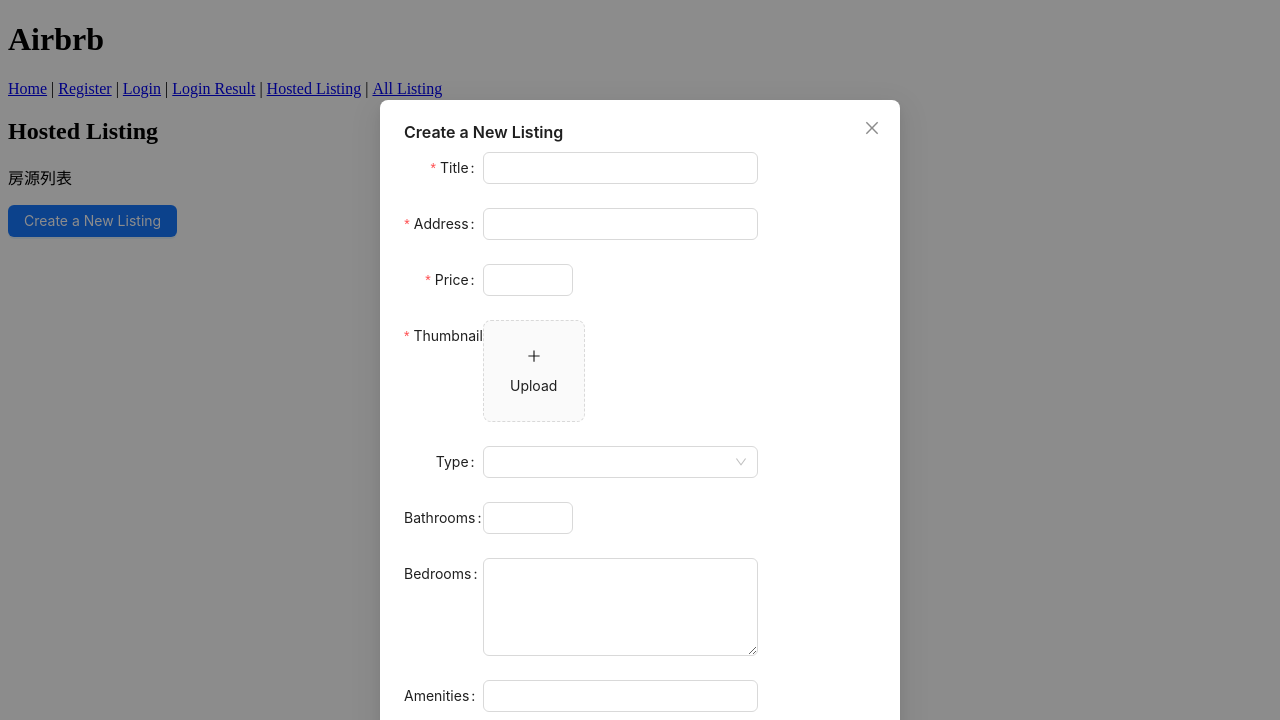
Repository: shaynewx/Airbrb
Page: /hosted-listing (app in frontend/), after clicking the first element matching `button.ant-btn`
An editor plug-in stored every save of this project. The page is shown before and after a run of saves, followed by the edit.
The browser window is 1280 px wide. The pictures show the whole page.
An inner scrolling area shows only its first screen. The project was rebuilt for these pictures with package versions that can differ from the ones it lists, and the page was loaded fresh each time. Also part of the build but not shown: frontend/src/components/Home.jsx, frontend/src/components/form/apiService.jsx, frontend/src/components/form/RegisterForm.jsx, frontend/src/components/Register.jsx, frontend/src/components/form/LoginForm.jsx, frontend/src/components/Login.jsx, frontend/src/components/LoginResult.jsx, frontend/src/components/AllListing.jsx and 1 more.

Above is the page before, as saved 2023-11-08 18:44:23.

### frontend/src/App.jsx
import React from 'react';
import { BrowserRouter as Router } from 'react-router-dom';
import PageList from './PageList';

function App () {
  return (
    <Router>
      <PageList />
    </Router>
  );
}

export default App;

### frontend/src/PageList.jsx
import React from 'react';
import { Routes, Route, Link } from 'react-router-dom';
import Home from './components/Home';
import Register from './components/Register';
import Login from './components/Login';
import Dashboard from './components/LoginResult';
import HostedListing from './components/HostedListing';
import AllListing from './components/AllListing';
// import logo from './components/logo/logo.png';
import './components/logo/logo.css';

function PageList () {
  const [token, setToken] = React.useState(null);

  return (
    <div>
      {/* <img src={logo} alt='Logo' className='logo'/> */}
      <h1>Airbrb</h1>
      <nav>
        <Link to="/">Home</Link>
        &nbsp;|&nbsp;
        <Link to="/register">Register</Link>
        &nbsp;|&nbsp;
        <Link to="/login">Login</Link>
        &nbsp;|&nbsp;
        <Link to="/loginresult">Login Result</Link>
        &nbsp;|&nbsp;
        <Link to="/hosted-listing">Hosted Listing</Link>
        &nbsp;|&nbsp;
        <Link to="/all-listing">All Listing</Link>
      </nav>
      <Routes>
        <Route path="/" element={<Home />} />
        <Route path="/register" element={<Register token={token} setToken={setToken} />} />
        <Route path="/login" element={<Login token={token} setToken={setToken} />} />
        <Route path="/loginresult" element={<Dashboard token={token} />} />
        <Route path="/hosted-listing" element={<HostedListing token={token} />} />
        <Route path="/all-listing" element={<AllListing token={token} />} />
      </Routes>
    </div>
  );
}

export default PageList;

### frontend/src/components/HostedListing.jsx
import React from 'react';
import CreateNewListing from './listing/CreateNewListing';

// 作为房东的房源页面
function HostedListing () {
  return (
      <div>
        <h2>Hosted Listing</h2>
        <p>房源列表</p>
        <CreateNewListing />
      </div>
  );
}

export default HostedListing;

### frontend/src/components/listing/CreateNewListing.jsx
import React, { useState } from 'react';
import { Button, Modal, Form, message } from 'antd';
import FormDisabledDemo from './ListingForm';

const CreateNewListing = () => {
  const [isModalOpen, setIsModalOpen] = useState(false);
  const [thumbnailBase64, setThumbnailBase64] = useState('');
  const [imagesBase64, setImagesBase64] = useState([]);
  const [form] = Form.useForm();

  const showModal = () => {
    setIsModalOpen(true);
  };

  const apiPOST = (values) => {
    // Assuming `values` has all the form fields including title, address, price, etc.
    const metadata = { ...values };
    delete metadata.title;
    delete metadata.address;
    delete metadata.price;
    delete metadata.thumbnail;

    const dataToSubmit = {
      title: values.title,
      address: values.address,
      price: values.price,
      thumbnail: thumbnailBase64,
      metadata: {
        ...metadata,
        images: imagesBase64 // 将 images 作为 metadata 的一部分
      }
    };

    console.log('Submitted Data:', dataToSubmit);

    // TODO:Submit the data to the backend here
    // axios.post('/your-endpoint', dataToSubmit)
    //   .then(response => {
    //     // Handle the successful response here
    //   })
    //   .catch(error => {
    //     // Handle any errors here
    //   });

    // Reset the base64 states and form after successful submission
    setThumbnailBase64('');
    setImagesBase64([]);
    form.resetFields();
  };

  const handleOk = () => {
    form
      .validateFields()
      .then((values) => {
        // If form data is valid, call apiPOST
        apiPOST(values);
        // Close modal
        setIsModalOpen(false);
      })
      .catch((info) => {
        console.error('Validate Failed:', info);
        message.error('Form validation failed, please check the inputs.');
      });
  };

  const handleCancel = () => {
    setIsModalOpen(false);
  };

  return (
    <>
      <Button type="primary" onClick={showModal}>
        Create a New Listing
      </Button>
      <Modal
        title="Create a New Listing"
        open={isModalOpen}
        onOk={handleOk}
        onCancel={handleCancel}
      >
        <FormDisabledDemo
          form={form}
          setThumbnailBase64={setThumbnailBase64}
          setImagesBase64={setImagesBase64}
        />
      </Modal>
    </>
  );
};

export default CreateNewListing;

### frontend/src/components/listing/ListingForm.jsx
import React from 'react';
import { Form, Input, InputNumber, Select, Upload, message } from 'antd';
import { PlusOutlined } from '@ant-design/icons';

const { TextArea } = Input;

// This function is responsible for converting the file into a Base64 encoded string
const getBase64 = (file, callback) => {
  const reader = new FileReader();
  reader.readAsDataURL(file);
  reader.onload = () => callback(reader.result);
  reader.onerror = error => message.error(`Error: ${error}`);
};

const FormDisabledDemo = ({ form, setThumbnailBase64, setImagesBase64 }) => {
  const handleThumbnailChange = info => {
    if (info.file.status === 'uploading' || info.file.status === 'done') {
      getBase64(info.file.originFileObj, setThumbnailBase64);
    }
    return info.fileList;
  };

  const handleImagesChange = info => {
    // Filter out removed files and convert the rest to base64
    const newImages = info.fileList.filter(file => !!file.originFileObj);
    Promise.all(newImages.map(file => new Promise((resolve, reject) => {
      getBase64(file.originFileObj, (result) => {
        file.base64 = result; // Assign base64 property for each file
        resolve();
      });
    }))).then(() => {
      // After all files have been processed, update the state
      setImagesBase64(newImages.map(file => file.base64));
    });
    return info.fileList;
  };

  return (
    <>
      <Form form={form}
        labelCol={{
          span: 4,
        }}
        wrapperCol={{
          span: 14,
        }}
        layout="horizontal"
        style={{
          maxWidth: 600,
        }}
      >

        <Form.Item
          label="Title"
          name="title"
          rules={[{ required: true, message: 'Please input the title!' }]}
        >
          <Input />
        </Form.Item>

        <Form.Item
          label="Address"
          name="address"
          rules={[{ required: true, message: 'Please input the address!' }]}
        >
          <Input />
        </Form.Item>

        <Form.Item
          label="Price"
          name="price"
          rules={[{ required: true, message: 'Please input the price!' }]}
        >
          <InputNumber />
        </Form.Item>

        <Form.Item
        label="Thumbnail"
        name="thumbnail"
        valuePropName="fileList"
        getValueFromEvent={handleThumbnailChange}
        rules={[{ required: true, message: 'Please upload a thumbnail!' }]}
      >
        <Upload
          name="thumbnail"
          listType="picture-card"
          onChange={handleThumbnailChange}
        >
          <div>
            <PlusOutlined />
            <div style={{ marginTop: 8 }}>Upload</div>
          </div>
        </Upload>
      </Form.Item>

        <Form.Item label="Type" name="type">
          <Select>
            <Select.Option value="Apartment">Apartment</Select.Option>
            <Select.Option value="House">House</Select.Option>
          </Select>
        </Form.Item>

        <Form.Item label="Bathrooms" name="bathrooms">
          <InputNumber />
        </Form.Item>
        <Form.Item label="Bedrooms" name="bedrooms">
          <TextArea rows={4} />
        </Form.Item>

        <Form.Item label="Amenities" name="amenities">
          <Input />
        </Form.Item>

        <Form.Item
        label="Images"
        name="images"
        valuePropName="fileList"
        getValueFromEvent={handleImagesChange}
      >
        <Upload
          name="images"
          listType="picture-card"
          onChange={handleImagesChange}
          multiple
        >
          <div>
            <PlusOutlined />
            <div style={{ marginTop: 8 }}>Upload</div>
          </div>
        </Upload>
      </Form.Item>

      </Form>
    </>
  );
};
// eslint-disable-next-line react/display-name
export default FormDisabledDemo;

Loaded but not shown: frontend/src/index.jsx (common file)

After the next 4 saves:
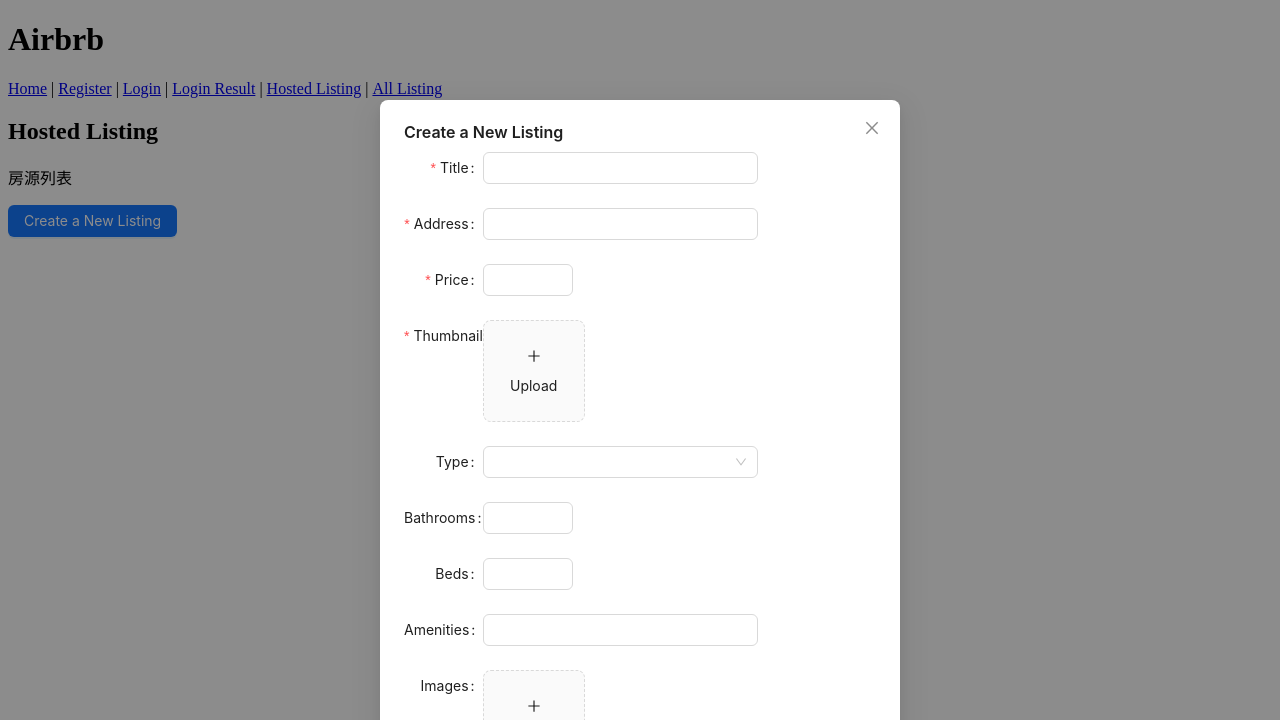
The 4 saves are shown as one change because they came seconds apart.
The last was saved 2 min 47 s later.
--- a/frontend/src/components/listing/ListingForm.jsx
+++ b/frontend/src/components/listing/ListingForm.jsx
@@ -103,8 +103,8 @@
         <Form.Item label="Bathrooms" name="bathrooms">
           <InputNumber />
         </Form.Item>
-        <Form.Item label="Bedrooms" name="bedrooms">
-          <TextArea rows={4} />
+        <Form.Item label="Beds" name="beds">
+        <InputNumber />
         </Form.Item>
 
         <Form.Item label="Amenities" name="amenities">
